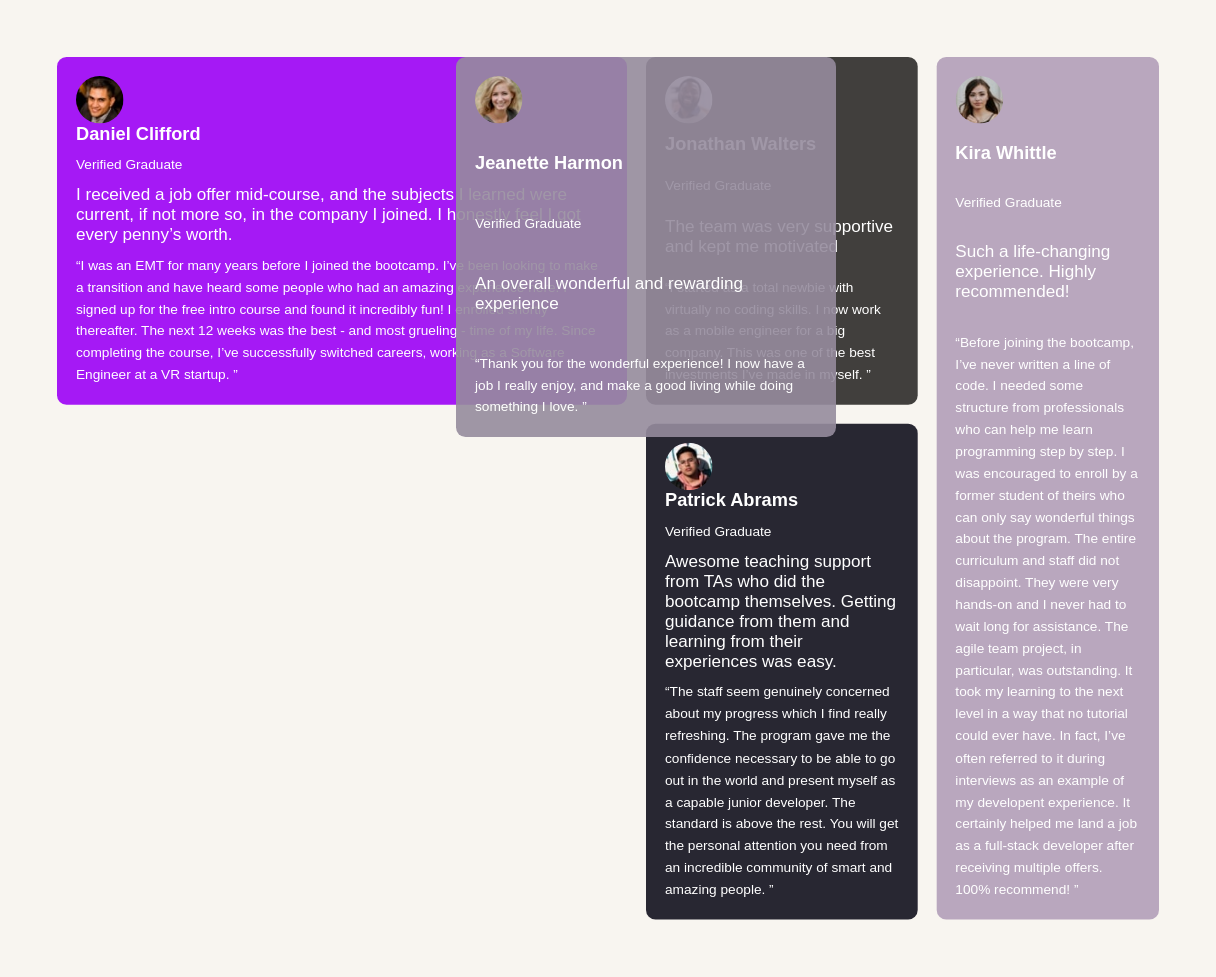
Repository: MagedElRefaey/Grid-Project
Page: Task.html
These files come from the project's save history. The page is drawn as it stood at one moment and after the next save; the edit follows.
The browser window is 1280 px wide. The pictures show the whole page, at 95% of full size.

Above is the page before, as saved 2024-09-13 23:30:44.

After the next save:
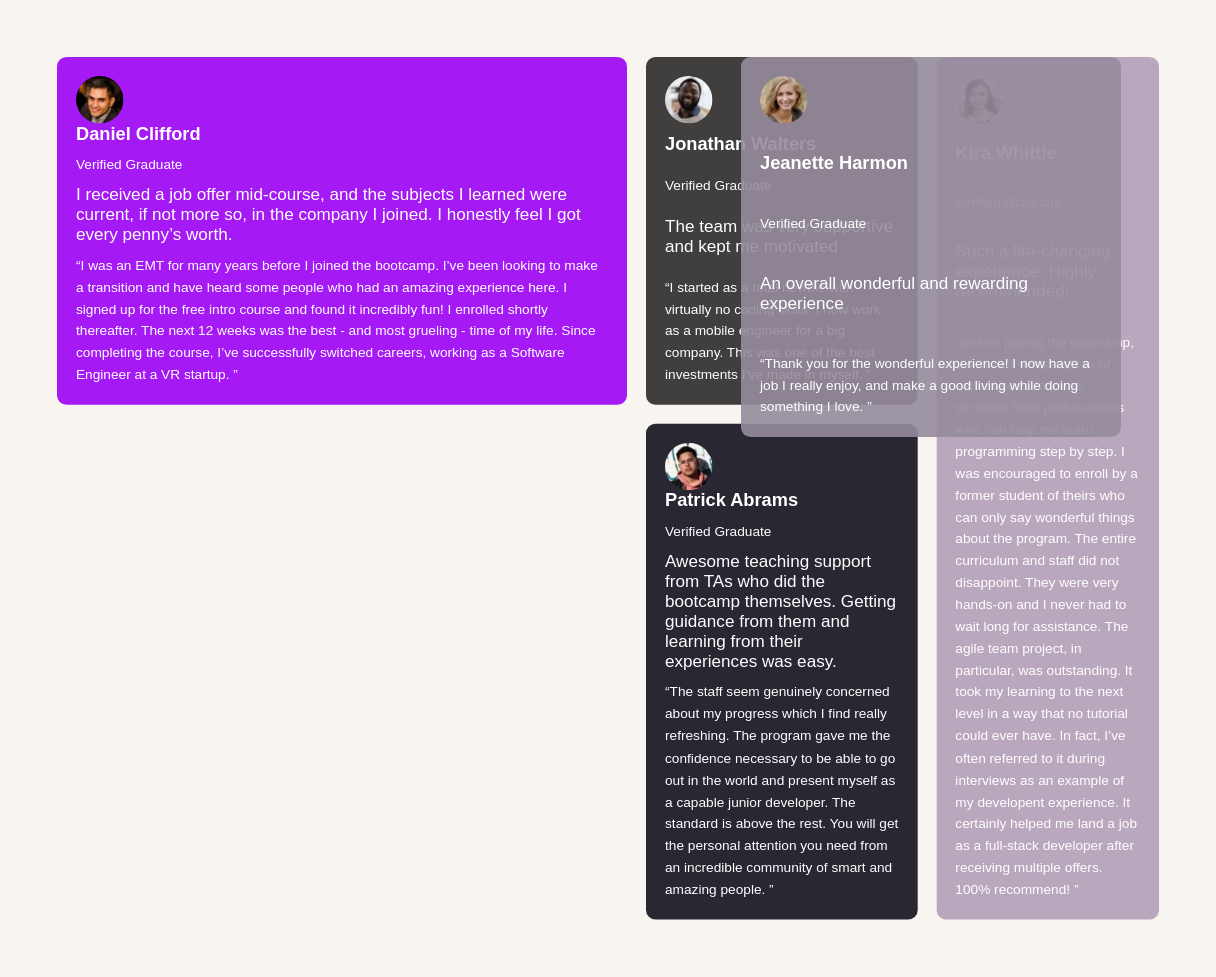
Saved 10 s later.
--- a/Style.css
+++ b/Style.css
@@ -52,7 +52,7 @@ body{
     width: 400px;
     height: 400px;
     position: absolute;
-    right: 400px;
+    right: 100px;
 }
 .Patrick{
     grid-area:Patrick;
